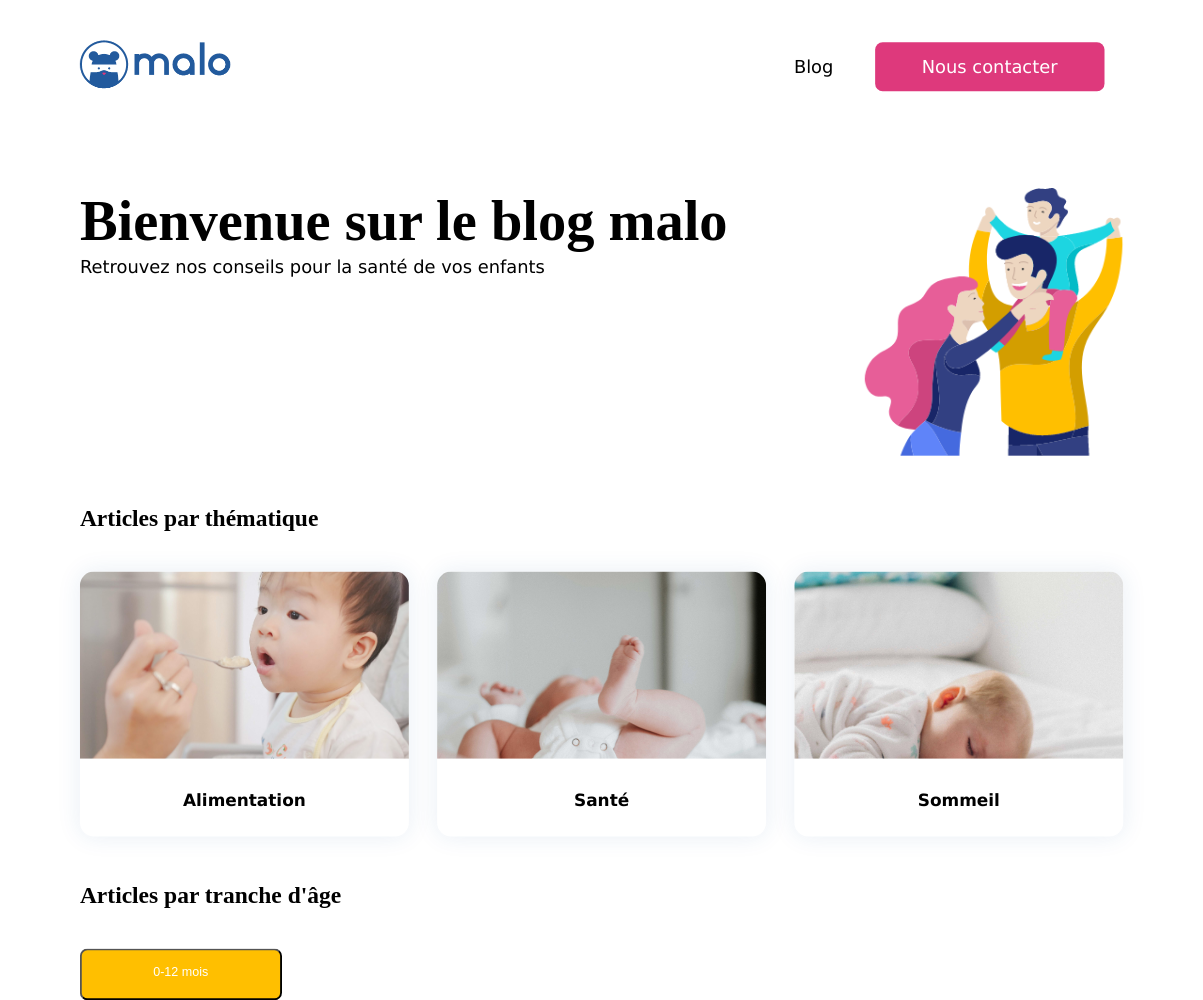
Repository: carbone-dev/keli-malo
Page: blog.html
The author's editor kept a copy of each file at every save. The page is drawn from the files as they stood at one save, then again after the next save.
The browser window is 1280 px wide. The pictures show the whole page, at 94% of full size.

Above is the page before, as saved 2020-12-09 14:35:21.

### blog.html
<!DOCTYPE html>
<html lang="en">

<head>
    <meta charset="UTF-8">
    <meta name="viewport" content="width=device-width, initial-scale=1.0">
    <title>Document</title>
    <link rel="stylesheet" type="text/css" href="css/style.css">
    <link rel="stylesheet" type="text/css" href="css/header.css">
    <link rel="stylesheet" type="text/css" href="css/grid.css">
    <link rel="stylesheet" type="text/css" href="css/blog.css">
</head>

<body>
    <div class="container">

        <div class="header row align-items-center">
            <div class="col-6 col-md-2 ">
                <img class='img-full-width ' src="img/logo.png">
            </div>
            <div class="menu col-6 col-md-10 right d-none d-md-block ">
                <a href="#">Blog</a>
                <a href="#" class="boutton-1">Nous contacter</a>
            </div>
            <div class="menu col-6 col-md-10 right d-md-none d-sm-block">
                <a href="#nav-mobile">
                    <img src="img/burger.png" alt="">
                </a>
            </div>

            <div id="nav-mobile" class="modaloverlay">
                <div class="modal">
                    <div class="row">
                        <div class="col-6">
                            <img class='img-full-width ' src="img/logo.png">
                        </div>
                        <div class="menu col-6 right">
                            <a href="#close" class="close">
                                <img src="img/close.png" alt="">
                            </a>
                        </div>
                    </div>
                    <div class="row align-items-center center modal-content">
                        <div class="col-12">
                            <a href="#">Blog</a>
                        </div>
                        <div class="col-12">
                            <a href="#" class="boutton-1">Nous contacter</a>
                        </div>
                        <div class="col-12">
                            <a href="#"><img src="img/instagram.png"></a>
                            <a href="#"><img src="img/linkedin.png"></a>
                            <a href="#"><img src="img/facebook.png"></a>
                        </div>
                    </div>
                </div>
            </div>
        </div>

        <div class="top-section row">
            <div class="col-12 col-md-8 t-responsive">
                <h1>
                    Bienvenue sur le blog malo
                </h1>
                <p>Retrouvez nos conseils pour la santé de vos enfants</p>
            </div>
            <div class="col-12 col-md-4 right t-responsive">
                <img src="img/blog-header-image.png" alt="blog-header-image">
            </div>
        </div>

        <div class="section t-responsive">
            <h3>Articles par thématique</h3>
            <div class="row">
                <div class="col-sm-12 col-md-4">
                    <div class="card">
                        <img src="img/blog-theme-1.jpg" alt="Avatar" style="width:100%">
                        <div class="card-content row align-items-center">
                            <p class="card-title col-12">Alimentation</p>
                        </div>
                    </div>
                </div>
                <div class="col-sm-12 col-md-4">
                    <div class="card">
                        <img src="img/blog-theme-2.jpg" alt="Avatar" style="width:100%">
                        <div class="card-content row align-items-center">
                            <p class="card-title col-12">Santé</p>
                        </div>
                    </div>
                </div>
                <div class="col-sm-12 col-md-4">
                    <div class="card">
                        <img src="img/blog-theme-3.jpg" alt="Avatar" style="width:100%">
                        <div class="card-content row align-items-center">
                            <p class="card-title col-12">Sommeil</p>
                        </div>
                    </div>
                </div>
            </div>
        </div>

        <div class="section t-responsive">
            <h3>Articles par tranche d'âge</h3>
            <div class="row">
                <div class="col-sm-12 col-md-4">
                    <button class="btn btn-tertiary">0-12 mois</button>
                </div>

            </div>
        </div>



    </div>

</body>

</html>

### css/style.css
body {
  margin: 0;
}
.btn{
  height: 55px;
  padding: 12px 76px 19px;
  border-radius: 8px;
  color: #fff;
}

.btn-primary{
  background-color: #de397c;
}

.btn-secondary{
  background-color: #1a5a9d;
}

.btn-tertiary{
  background-color: #FFBF00;
}

.img-full-width {
  width: 100%;
}

.top-section{
  margin-top: 100px;
}

.section{
  margin-top: 45px;
}

.section h3{
  margin-bottom: 39px;
}

#container {
  margin: 2% 7%;
}

.t-responsive{
  text-align: left;
}

@media only screen and (min-width: 1367px) and (max-width: 1600px) {
  #container {
    margin: 2% 8%;
  }
}
@media only screen and (min-width: 1601px) and (max-width: 1920px) {
  #container {
    margin: 2% 20%;
  }
}
@media only screen and (min-width: 1921px) and (max-width: 9000px) {
  #container {
    margin: 2% 30%;
  }
}

/*-------UNI------*/

.box-shadow {
  padding: 20px 20px 15px 20px;
  background-color: white;
  box-shadow: 0px 0px 30px rgb(26, 90, 157, 0.1);
  margin: 20px 0;
  border-radius: 15px;
}
h1,
h2,
h3,
h5,
h6 {
  font-family: montserrat;
  font-weight: bold;
  margin: 0;
}
h1 {
  font-size: 60px;
  line-height: 70px;
}
h2 {
  font-size: 50px;
  line-height: 50px;
}
h3 {
  font-size: 25px;
  line-height: 35px;
  margin-bottom: 30px;
}
h5 {
  color: #1a5a9d;
  line-height: 20px;
  font-size: 20px;
}
h6 {
  line-height: 20px;
  font-size: 16px;
}

a,
p {
  margin: 0;
  text-decoration: none;
  font-family: verdana;
  font-size: 19px;
  color: black;
  font-weight: normal;
  line-height: 27px;
}
span {
  font-size: 13px;
}
li {
  font-family: verdana;
  font-size: 14px;
  color: black;
  line-height: 23px;
}
ul {
  padding-left: 15px;
}

.boutton-1 {
  color: white;
  background-color: #de397c;
  padding: 15px 50px;
  border-radius: 8px;
}
.boutton-contact {
  color: white;
  background-color: #de397c;
  padding: 15px 100px;
  border-color: #de397c;
  border-radius: 8px;
  outline: none;
  margin: 10px;
  font-size: 20px;
  border-style: none;
}

.img-boutton {
  margin-top: 5%;
}
.img-boutton a {
  margin-right: 20px;
}
.quote {
  width: 20px;
  height: 20px;
}
.formulaire {
  border: 2px solid;
  border-radius: 8px;
  outline: none;
  margin: 10px;
  font-size: 20px;
  padding: 15px;
}

/*-------header------*/
.menu a {
  margin: 0 20px;
}
/*-------le heros------*/
.le-heros {
  margin-top: 5%;
  background-image: url(../img/bg-le-heros.png);
  background-size: 100%;
  background-repeat: no-repeat;
  padding-bottom: 7%;
}
.img-le-heros {
  display: none;
}

/*-------malo-c-est-quoi------*/

.malo-c-est-quoi {
  margin-top: 10%;
}
.contenu-malo-c-est-quoi {
  margin: 10% 3%;
}
/*-------malo-VIDEO------*/

.expert
{
	margin-top: 15%;
}
.expert h1
{
	margin-bottom: 5%
}
#play-vid-2
	{
		position: absolute;
		right:70%;
		z-index: 0;
	}
.expert-video
{
	background-image: url(../img/bg-video-2.png);
	background-size: contain;
	background-repeat: no-repeat;
	text-align: left;
	padding: 20px 0;
}
.expert-video video
{
	width: 530px;
    border-radius:20px;
    outline-style: none;
    margin-left: 30px;
}



/*------CAROUSEL------*/
.les-parents
{
	margin-top: 10%;
}
.carousel
{
	background-image: url(../img/bg-carousel.png);
	background-size:100% 100%;
	background-repeat: no-repeat;
	padding:10px;
}
.slide
{
	padding-bottom: 50px;
	margin:2%;

}
.img-profil
{
	margin-right: 20px;
	margin-bottom: 30px;

}
.fade {
  -webkit-animation-name: fade;
  -webkit-animation-duration: 1.5s;
  animation-name: fade;
  animation-duration: 1.5s;
}

@-webkit-keyframes fade {
  from {
    opacity: 0.4;
  }
  to {
    opacity: 1;
  }
}

@keyframes fade {
  from {
    opacity: 0.4;
  }
  to {
    opacity: 1;
  }
}
/* Next & previous buttons */

.fleche
{
	text-align: right;
	position: relative;
	top: -50px;
}
.prev {
  color: gray;
}
.prev,
.next {
  cursor: pointer;
  width: auto;
  padding: 20px;
  font-weight: bold;
  font-size: 40px;
  transition: 0.6s ease;
  border-radius: 0 3px 3px 0;
  user-select: none;
}

/*-------BLOG-MALO------*/
.decouvrir-le-blog {
  justify-content: center;
  margin-top: 10%;
}
.bg-decouvrir {
  background-image: url(../img/bg-decouvrir.png);
  background-size: 100%;
  background-repeat: no-repeat;
  padding-bottom: 5%;
}

.decouvrir-left {
  width: 70%;
}
.decouvrir-left-1 {
  width: 50%;
  margin: 10px;
}
.decouvrir-left-2 {
  width: 50%;
  margin: 10px;
}
.decouvrir-right {
  width: 30%;
  text-align: right;
  margin-top: 50px;
}
.sommeil {
  width: 30%;
}
.alimentation {
  width: 60%;
}

/*-------POPUP------*/
.popup {
  margin-top: 10%;
}
.popup img {
}
.contenu-popup {
  background-color: #1a5a9d;
  border-radius: 20px;
  align-items: center;
  padding: 60px;
}
.titre-popup {
  width: 50%;
  color: white;
  margin: 0;
}

.formulaire-popup {
  width: 50%;
  color: white;
}
.mail-popup {
  border-color: white;
  background-color: rgb(0, 0, 0, 0);
  color: white;
  font-family: montserrat;
  font-weight: bold;
}
.mail-popup::placeholder {
  color: white;
}
.boutton-popup {
  border-color: white;
  background-color: white;
  padding: 15px 30px;
  font-family: montserrat;
  font-weight: bold;
  color: #de397c;
  cursor: pointer;
}

/*-------CONTACT------*/
.contactez-nous {
  margin-top: 10%;
}
.contenu-contact {
  width: 50%;
}
.contenu-contact p {
  line-height: 50px;
  margin: 20px;
}
.contenu-contact h3 {
  margin-bottom: 10px;
}
.contenu-contact a {
  margin-right: 20px;
}
.formulaire-contact {
  width: 50%;
  background-image: url(../img/bg-formulaire-contact.png);
  background-repeat: no-repeat;
  background-size: 100%;
}
.bg-contact {
  padding: 10px;
  background-color: white;
  margin: 30px;

  box-shadow: 0px 0px 30px rgb(26, 90, 157, 0.1);
  border-radius: 15px;
}
.form-2 {
  width: 200px;
  border-color: #d8d8d8;
  color: black;
}
.form-1 {
  width: 460px;
}
.contact-text {
  border-color: #d8d8d8;
  font-family: montserrat;
}
.contact-text::placeholder {
  color: black;
  border-color: #d8d8d8;
  font-family: arial;
}

/*-------il nous soutien------*/

.il-nous-soutiennent {
  margin-top: 10%;
}

.il-nous-soutiennent h1 {
  margin-left: 20%;
}

/*-------footer------*/
.footer {
  margin-top: 10%;
  background-color: #1a5a9d;
}
.logo-popup {
  padding: 40px;
  margin: 0;
}
.logo-boutton {
  width: 50%;
}
.popup-icon {
  width: 45%;
}
.news-letter h3 {
  margin-bottom: 0;
  font-weight: normal;
  color: black;
}
.suivez-footer h3 {
  margin-bottom: 10px;
  font-weight: normal;
  color: white;
}
.suivez-footer a {
  margin-right: 20px;
}
.mail-footer {
  color: #d8d8d8;
  border-color: #d8d8d8;
}
.mail-footer::placeholder {
  color: #d8d8d8;
  border-color: #d8d8d8;
}
.boutton-footer {
  color: white;
  background-color: #de397c;
  border-color: #de397c;
  padding: 15px 40px;
  cursor: pointer;
}

.menu-footer {
  background-color: #0f3c6b;
  margin: 0;
  padding: 20px;
}
.menu-footer li {
  list-style: none;
}
.menu-footer a,
.menu-footer span {
  color: white;
  margin: 30px;
}

/*-------G R I D------*/

/* .row {
  display: flex;
  align-items: center;
  flex-wrap: wrap;
}

.col-sm-10 {
  width: 100%;
}
.col-sm-9 {
  width: 90%;
}
.col-sm-8 {
  width: 80%;
}
.col-sm-7 {
  width: 70%;
}
.col-sm-65 {
  width: 65%;
}
.col-sm-6 {
  width: 60%;
}
.col-sm-55 {
  width: 55%;
}
.col-sm-5 {
  width: 50%;
}
.col-sm-45 {
  width: 45%;
}
.col-sm-4 {
  width: 40%;
}
.col-sm-35 {
  width: 35%;
}
.col-sm-3 {
  width: 30%;
}
.col-sm-2 {
  width: 20%;
}
.col-sm-1 {
  width: 10%;
}

.col-10 {
  width: 100%;
}
.col-9 {
  width: 90%;
}
.col-8 {
  width: 80%;
}
.col-7 {
  width: 70%;
}
.col-65 {
  width: 65%;
}
.col-6 {
  width: 60%;
}
.col-55 {
  width: 55%;
}
.col-5 {
  width: 50%;
}
.col-45 {
  width: 45%;
}
.col-4 {
  width: 40%;
}
.col-35 {
  width: 35%;
}
.col-3 {
  width: 30%;
}
.col-2 {
  width: 20%;
}
.col-1 {
  width: 10%;
} */

.center {
  justify-content: center;
  text-align: center;
  align-items: center;
}
.left {
  text-align: left;
  justify-content: center;
  align-items: center;
}
.right {
  text-align: right;
  justify-content: center;
  align-items: center;
}

/*-------MEDIA ------*/





	@media only screen and (min-width: 107px) and (max-width: 480px)
{
  .top-section{
    margin-top: 35px;
  }

  .t-responsive{
    text-align: center;
  }

	.col-reverse
	{
		display: flex;
		flex-wrap: wrap;
		flex-direction: column-reverse;
		align-items: center;
	}
	.box-shadow
	{
		padding:5px;
		box-shadow: 0px 0px 20px rgb(26, 90, 157,0.1);
		margin: 20px 0;
		border-radius: 5px;

	}
	#container
	{
		margin: 2% 10%;
		text-align: center;
	}
	.img-boutton img
	{
		width: 40% !important;
	}

	h1, h2, h3
	{
		font-size: 28px !important;
		line-height: 35px !important;
		margin-bottom: 1%;
	}
	h5
	{
		line-height: 19px;
		font-size: 16px;
	}
	h6
	{
		line-height: 20px;
		font-size: 16px;
	}
	a, p, span
	{
		font-size:15px !important;
		line-height: 23px !important;
		margin-bottom: 1%;
	}

	li
	{
		font-family: verdana;
		font-size:14px;
		color:black;
		line-height: 23px;
	}
	ul
	{
		padding-left:15px;
	}

/*-------LE HEROS------*/


	.le-heros-right
	{
		display: none;
	}
	.img-le-heros
	{
		display:initial !important;
	}
	.le-heros
	{
		background-image: inherit;
	}
	.le-heros img
	{
		width: 60%;
		margin-top: 5%;
	}

	/*-------malo-VIDEO------*/

	.malo-video
	{
		background-image:none;
		padding: 0;
	}
	.titre-video-1
	{
		background-image: url(../img/bg-malo-phone.png);
		background-size:100%;
		background-repeat: no-repeat;
		padding-bottom: 15%;
	}
	.titre-video-1 h3
	{
		text-align: left;
	}
	#play-vid
	{
		position: relative;
		right:-150px;
		top:-140px;
		z-index: 0;
	}
	.video-1
	{
		background-image: url(../img/bg-video-1.png);
		background-size:contain, cover;
		background-repeat: no-repeat;
		padding: 20px 0;
		text-align: center;
		margin: 0;
	}

	.video-1 video
	{
		width: 300px;
		border-radius: 10px;
	}


	/*-------malo-VIDEO------*/


#play-vid-2
	{
		position: relative;
		margin:0;
		right:-150px;
		top: -140px;
		z-index: 0;
	}
	.expert-video
	{
		background-image: url(../img/bg-video-2.png);
		text-align: center;
		padding: 10px 0;
	}
	.expert-video video
	{
		width: 300px;
	    border-radius:20px;
	    outline-style: none;
	    margin:0;
	}

			/*-------carousel------*/
	.carousel
	{
		background-image: url(../img/bg-carousel.png);
	}

	.fleche
	{
		text-align: right;
		position: relative;
		top: -50px;
	}

}

### css/header.css
.header{
    margin-top: 43px;
}

/* MODAL MOBILE */

.modaloverlay {
    background: rgba(0, 0, 0, 0.8);
    bottom: 0;
    left: 0;
    opacity: 0;
    pointer-events: none;
    position: fixed;
    right: 0;
    top: 0;
    -webkit-transition: opacity 400ms ease-in;
    -moz-transition: opacity 400ms ease-in;
    transition: opacity 400ms ease-in;
    z-index: -1;
    display: none;
  }
  .modaloverlay:target {
    display: block;
    opacity: 1;
    pointer-events: auto;
    z-index: 99999;
  }
  .modaloverlay .modal {
    background-color: white;
    height: 100%;
    position: relative;
    margin: 0 auto;
    padding-top: 43px;
    padding-left: 15px;
    overflow-y: scroll;
    -webkit-overflow-scrolling: touch;
  }
  @media (min-width: 60em) {
    .modaloverlay .modal {
      height: 75%;
      margin: 5% auto;
      max-height: 57em;
      max-width: 66em;
      width: 85%;
    }
  }
  .modaloverlay .modal > iframe,
  .modaloverlay .modal > div {
    border: none;
    width: 100%;
    /* height: 100%; */
  }
  .modaloverlay .close {
    position: relative;
    top: 10px;
  }

  .modal-content{
    height: 60%;
    padding-top: 160px;
  }

### css/blog.css
.card {
  transition: 0.3s;
  width: 100%;
  border-radius: 15px;
  box-shadow: 0 0 25px 0 rgba(34, 90, 157, 0.1);
  overflow: hidden;
}

.card img{
    width: 100%;
    height: 199px;
    object-fit: cover;
}

.card:hover {
  box-shadow: 0 8px 16px 0 rgba(0, 0, 0, 0.2);
}

.card-content {
  padding: 2px 16px;
  height: 79px;
}

.card-title {
  font-family: verdana;
  font-size: 18px;
  font-weight: 900;
  text-align: center;
}

Loaded but not shown: css/grid.css (1420 lines, source omitted)

After the next save:
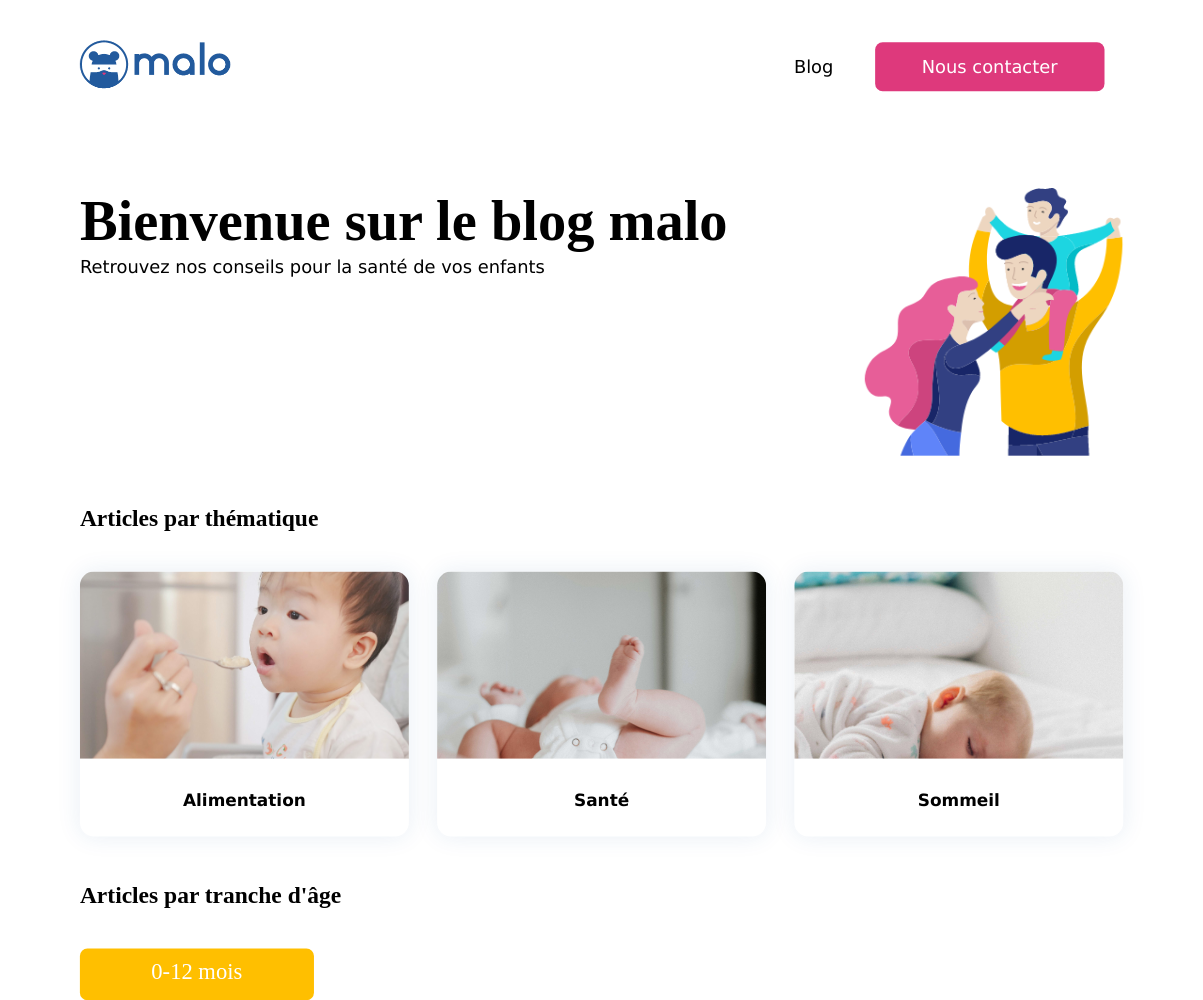
Saved 94 s later.
--- a/css/style.css
+++ b/css/style.css
@@ -3,9 +3,12 @@
 }
 .btn{
   height: 55px;
-  padding: 12px 76px 19px;
-  border-radius: 8px;
-  color: #fff;
+    padding: 12px 76px 19px;
+    border-radius: 8px;
+    color: #fff;
+    border: none;
+    font-size: 24px;
+    font-family: montserrat;
 }
 
 .btn-primary{
